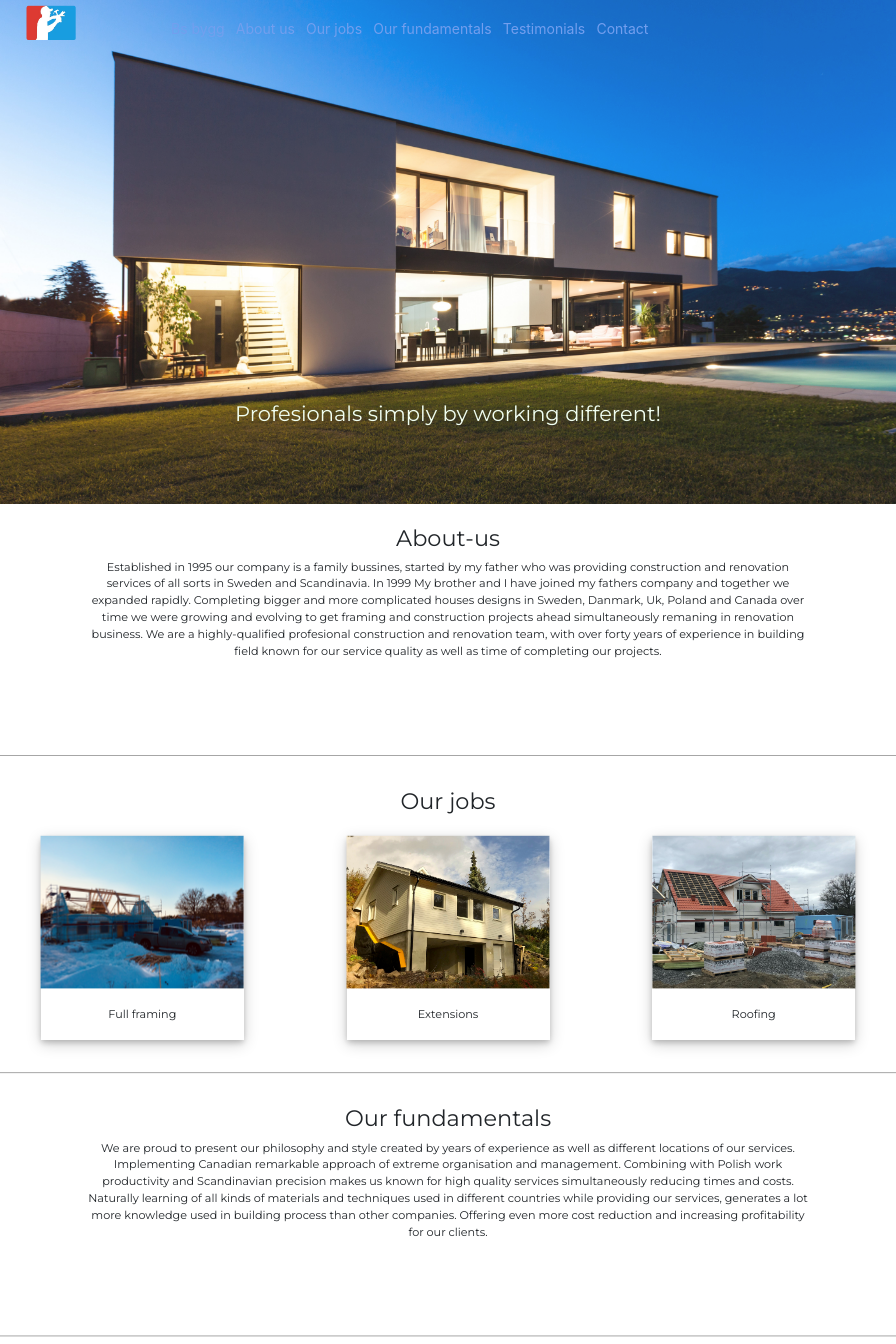
Repository: Bartie1982/milestone-project-1
Page: index.html
The author's editor kept a record of every edit. The page is drawn from the files as they stood at one moment, then again after the next edit.
The browser window is 1280 px wide. The pictures show the part of the page from y = 0 to 1920 px (the page is 2836 px tall), at 70% of full size.
Some web libraries are served in a nearby version.

Above is the page before.

After the next edit:
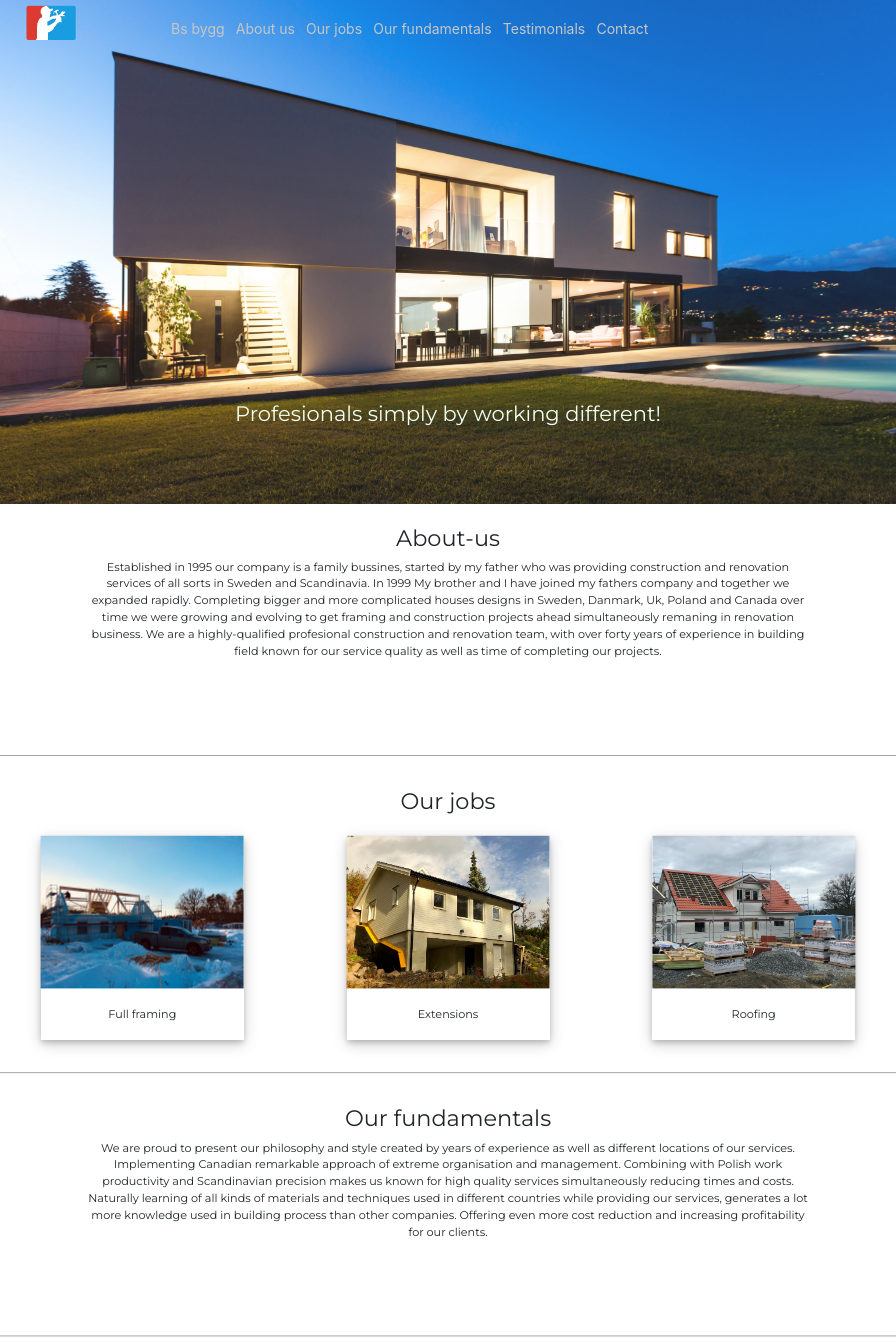
The edit:
--- a/assets/css/style.css
+++ b/assets/css/style.css
@@ -58,7 +58,7 @@
 
 .navbar-custom .navbar-brand,
 .navbar-custom .navbar-text {
-    color: #6495ED;
+    color: #C0C0C0;
 }
 
 .quote {
